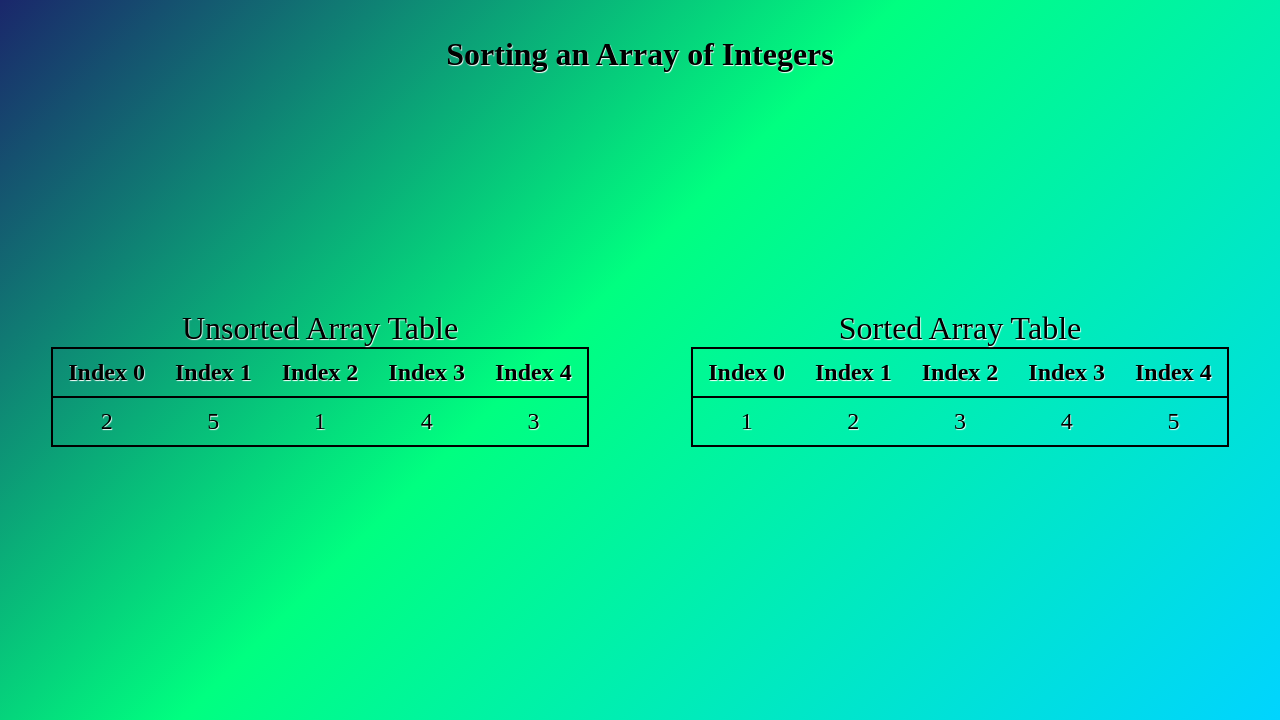
Repository: mlmEFSC21/P16-Sorting-Integers
Page: sort.html
These files come from the project's save history. The page is drawn as it stood at one moment and after the next save; the edit follows.
The browser window is 1280 px wide. The pictures show the whole page.

Above is the page before, as saved 2022-03-24 19:20:03.

After the next save:
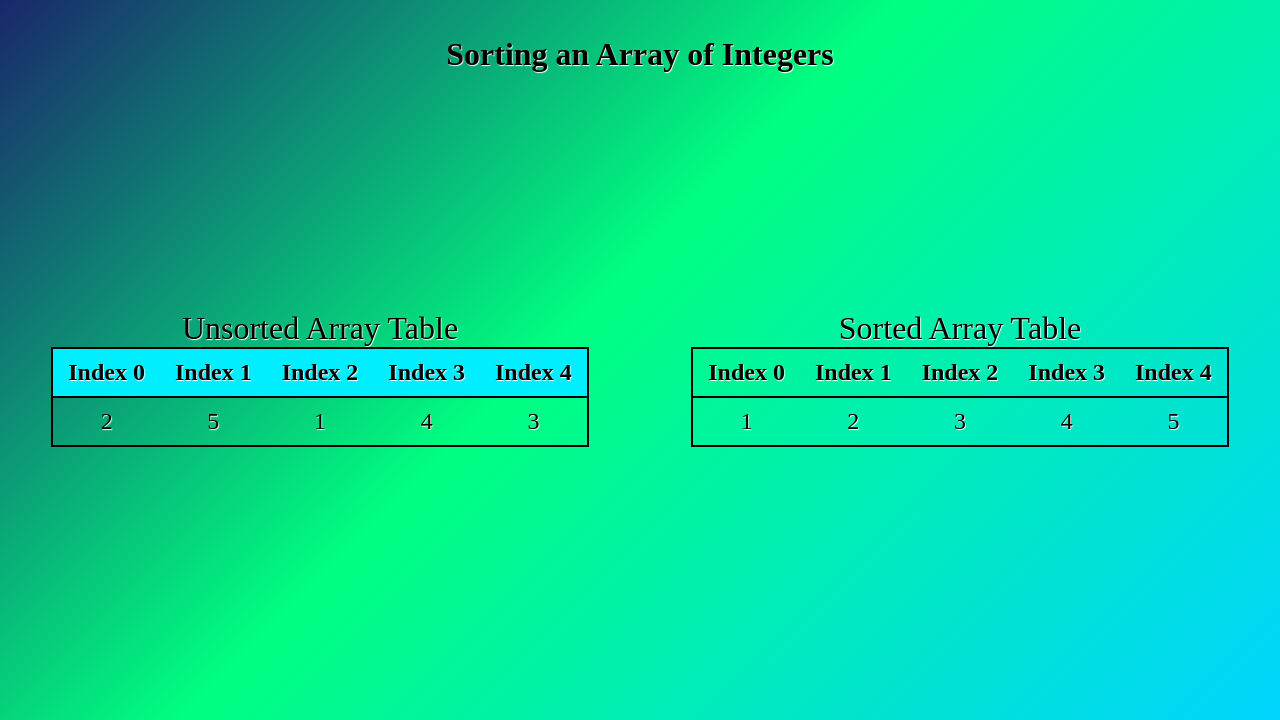
Saved 23 s later.
--- a/sort.css
+++ b/sort.css
@@ -60,6 +60,6 @@ td {
     margin: 10px 15px;
     padding: 10px 15px;
 }
-th .unsortedTable {
+.unsortedTable th {
     background-color: var(--clr-primary-T1);
 }
